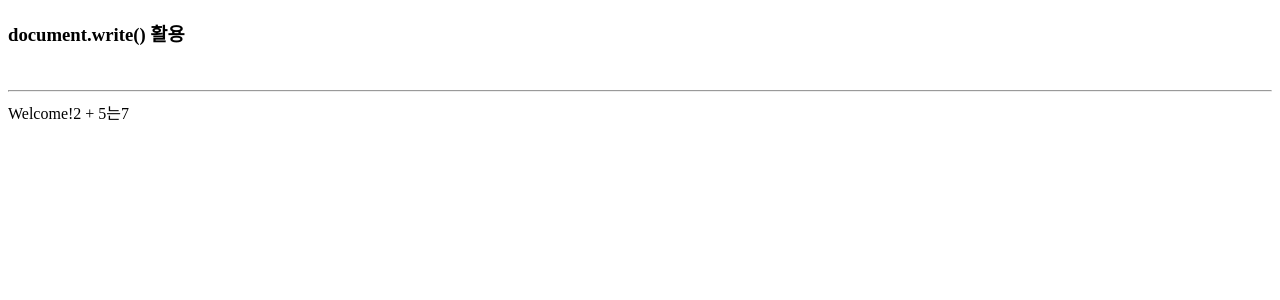
Repository: jin4344/study
Page: write/writetast.html
An editor plug-in stored every save of this project. The page is shown before and after the next save, followed by the edit.
The browser window is 1280 px wide. The pictures show the whole page.

Above is the page before, as saved 2023-05-21 15:55:01.

After the next save:
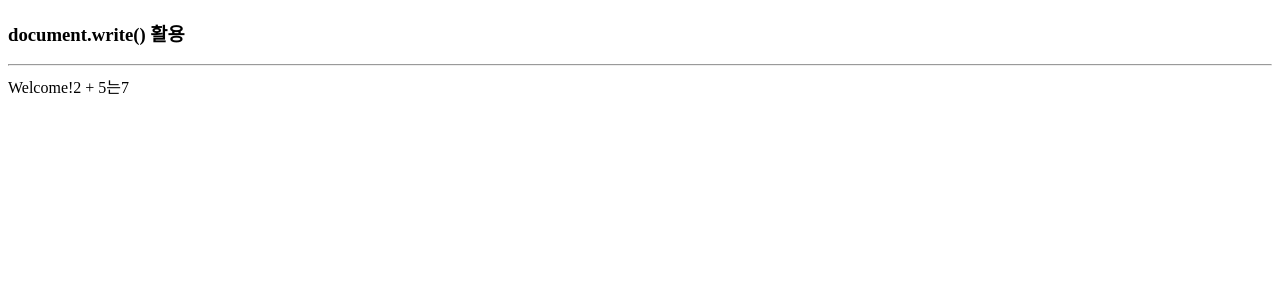
Saved 7 s later.
--- a/write/writetast.html
+++ b/write/writetast.html
@@ -8,7 +8,7 @@
   </head>
   <body></body>
   <script>
-    document.write(`<h3>document.write() 활용</h3><br><hr>`);
+    document.write(`<h3>document.write() 활용</h3><hr>`);
     document.write(`<span>Welcome!<span>`);
     document.write(`<span>2 + 5는</span>`);
     document.write(`<span>${2 + 5}</span>`);
